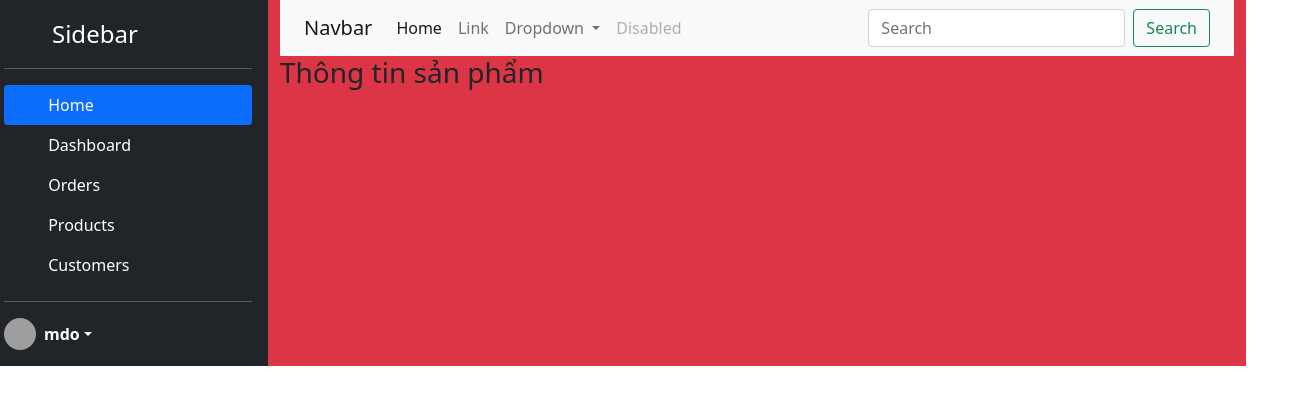
Repository: Lehuyhuynh/BT12-BOOTSTRAP
Page: index.html
The author's editor kept a copy of each file at every save. The page is drawn from the files as they stood at one save, then again after a run of saves.
The browser window is 1280 px wide. The page is 1292 px wide, so the pictures cover 1292 px, including what lies to the right of the window. The pictures show the whole page.
Pictures or frames that could not be fetched are drawn as grey boxes.

Above is the page before, as saved 2023-08-19 22:12:03.

After the next 3 saves:
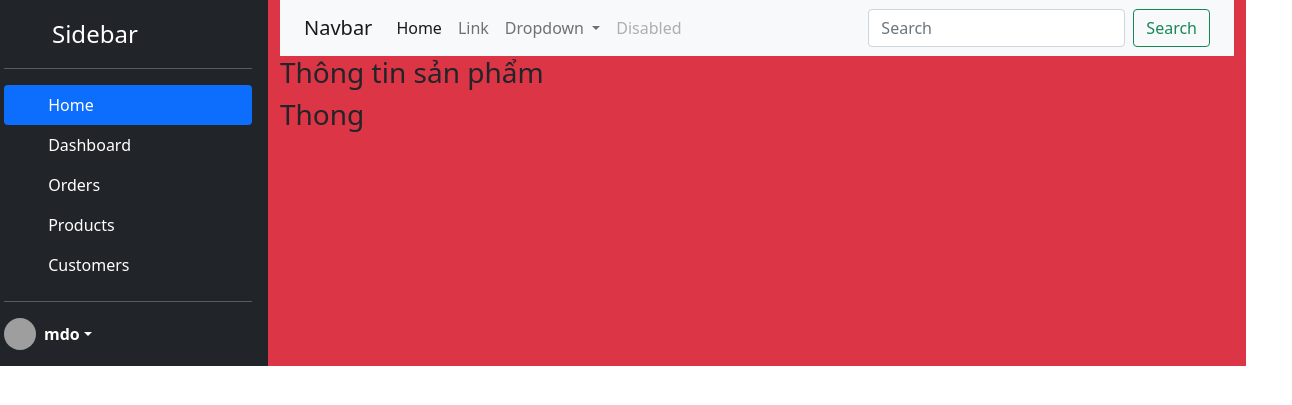
The 3 saves are shown as one change because they came seconds apart.
The last was saved 12 s later.
--- a/index.html
+++ b/index.html
@@ -106,7 +106,7 @@
 
             <div class="product">
 
-
+              <span>Thong</span>
 
             </div>
 
